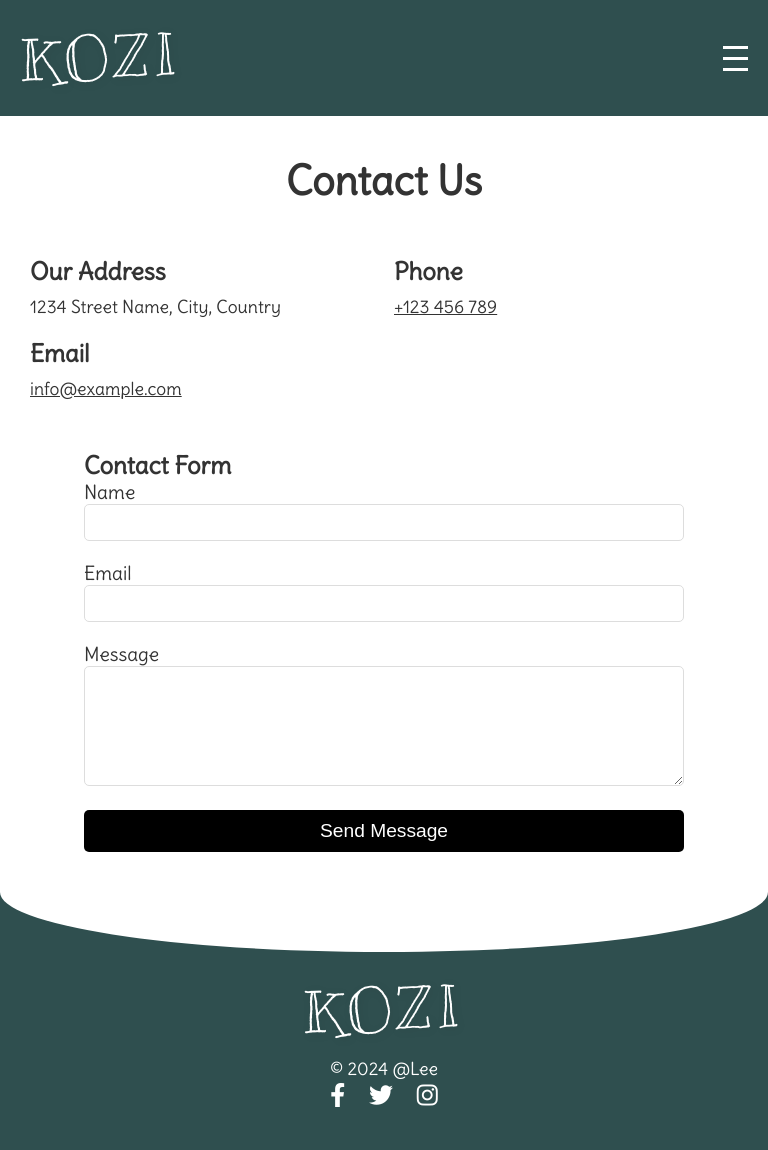
Repository: leerichie/kozi
Page: index.html
An editor plug-in stored every save of this project. The page is shown before and after the next save, followed by the edit.
The browser window is 768 px wide. The pictures show the whole page.

Above is the page before, as saved 2024-10-24 19:48:17.

After the next save:
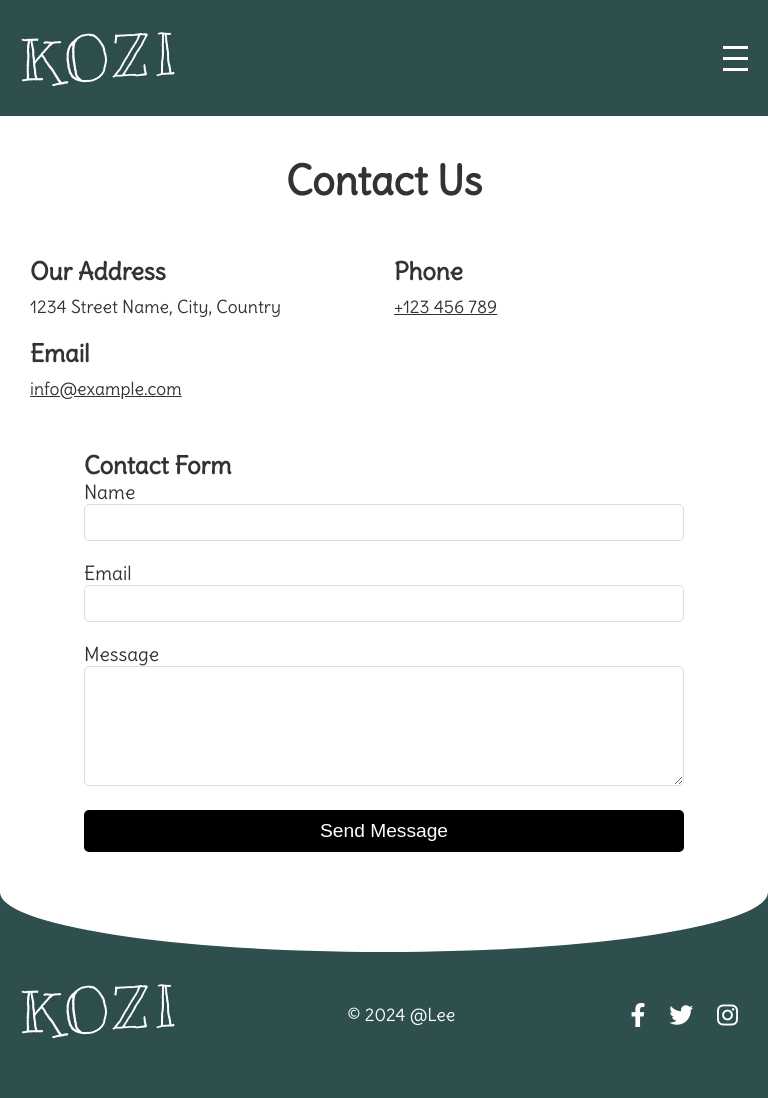
Saved 4 min 5 s later.
--- a/css/styles.css
+++ b/css/styles.css
@@ -312,7 +312,8 @@ textarea {
   }
 
   .footer-container {
-    flex-direction: column;
+    flex-direction: row;
+    justify-content: space-between; /* Maintain left, center, right layout */
   }
 
   .footer-logo {
